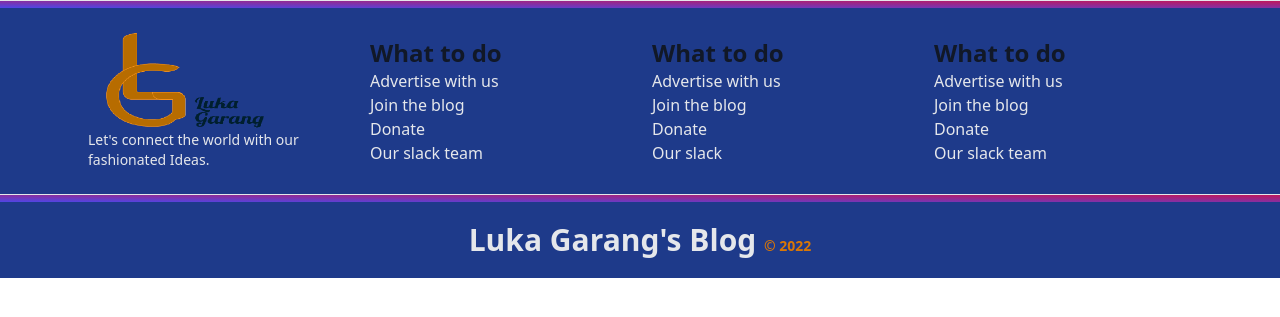
Repository: kenyi-mic/Luka_blog
Page: /footer
These files come from the project's save history. The page is drawn as it stood at one moment and after the next save; the edit follows.
The browser window is 1280 px wide. The pictures show the whole page.
The project was rebuilt for these pictures with package versions that can differ from the ones it lists, and the page was loaded fresh each time. The framework's server and built-in components were replaced by stand-ins that run in the browser. Also part of the build but not shown: next.config.js.

Above is the page before, as saved 2022-04-19 10:12:04.

### pages/footer.tsx
import React from 'react'

function footer() {
  return (
    <div className="bg-blue-900">
       <hr className="w-full h-2 bg-gradient-to-tr from-indigo-600 to-pink-700"/>
      <div className="grid grid-cols-1 sm:grid-cols-2 lg:grid-cols-4 gap-3 md:gap-6 p-2 md:p-6 max-w-6xl mx-auto sm:flex sm:items-center">
       {/* first*/}
       <div  className="flex flex-1 flex-col">
         <img className="w-44" src="/logo.png" alt="logo" />
         <p className="text-sm text-gray-200">Let's connect the world with our fashionated Ideas.</p>

       </div>
      {/* second*/}
      <div className="flex flex-1 flex-col text-gray-200 ">
        <h2 className="text-2xl font-bold text-gray-900 ">What to do</h2>
        <h4>Advertise with us</h4>
        <h4>Join the blog</h4>
        <h4>Donate</h4>
        <h4>Our slack team</h4>
      </div >
       {/* third*/}
       <div className="flex flex-1 flex-col text-gray-200 ">
        <h2 className="text-2xl font-bold text-gray-900 ">What to do</h2>
        <h4>Advertise with us</h4>
        <h4>Join the blog</h4>
        <h4>Donate</h4>
        <h4>Our slack </h4>

        </div>

        {/* fourth*/}
        <div  className="flex flex-1 flex-col text-gray-200 ">
        <h2 className="text-2xl font-bold text-gray-900 ">What to do</h2>
        <h4>Advertise with us</h4>
        <h4>Join the blog</h4>
        <h4>Donate</h4>
        <h4>Our slack team </h4>
        </div>
      </div>
      <hr className="w-full h-2 bg-gradient-to-tr from-indigo-600 to-pink-700"/>
      <h1 className="text-3xl shadow-green-700 font-bold text-gray-200 text-shadow text-center py-5">Luka Garang's Blog <span className="text-amber-600 text-sm text-extralight">	&copy; 2022</span></h1>
    </div>
  )
}

export default footer

Loaded but not shown: pages/_app.tsx (common file); styles/globals.css (common file); tailwind.config.js (common file)

After the next save:
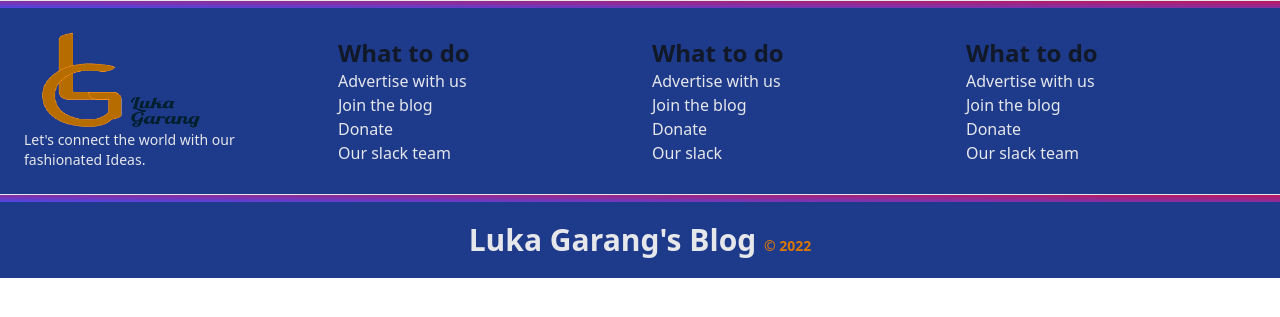
Saved 53 s later.
--- a/pages/footer.tsx
+++ b/pages/footer.tsx
@@ -4,7 +4,7 @@
   return (
     <div className="bg-blue-900">
        <hr className="w-full h-2 bg-gradient-to-tr from-indigo-600 to-pink-700"/>
-      <div className="grid grid-cols-1 sm:grid-cols-2 lg:grid-cols-4 gap-3 md:gap-6 p-2 md:p-6 max-w-6xl mx-auto sm:flex sm:items-center">
+      <div className="grid grid-cols-1 sm:grid-cols-2 lg:grid-cols-4 gap-3 md:gap-6 p-2 md:p-6 max-w-6xl mx-auto sm:flex sm:items-center sm:max-w-7xl">
        {/* first*/}
        <div  className="flex flex-1 flex-col">
          <img className="w-44" src="/logo.png" alt="logo" />
